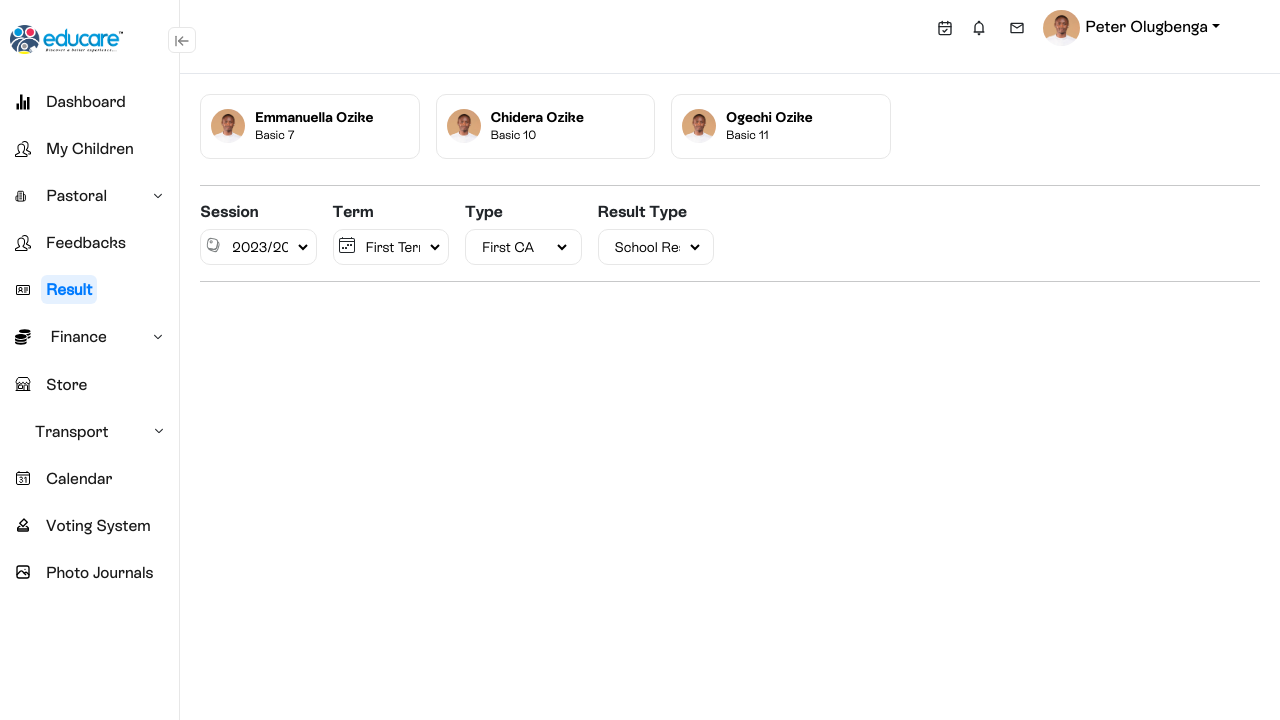
Repository: sarahnnanyelugo/educare-dashboards
Page: /result
An editor plug-in stored every save of this project. The page is shown before and after the next save, followed by the edit.
The browser window is 1280 px wide. The pictures show the whole page.
The project was rebuilt for these pictures with package versions that can differ from the ones it lists, and the page was loaded fresh each time. Also part of the build but not shown: src/Dashboards/Parents/MainView/main-view.scss, src/components/News/news.scss, src/components/News/News.js, src/TestData/newsData.js, src/TestData/schEvents.js, src/components/ResultChart/ResultChart.js, src/components/Calender/calender.scss, src/components/Calender/Calender.js and 13 more.

Above is the page before, as saved 2024-10-16 12:27:31.

### src/App.js
import logo from "./logo.svg";
import "./App.scss";
import "bootstrap/dist/css/bootstrap.min.css";
import { BrowserRouter, Routes, Route, Link, Outlet } from "react-router-dom";
import { ParentsLayout } from "./Layouts/ParentsLayout";
import { MainNews } from "./pages/NewsPage/MainNews/MainNews";
import { NewsPage } from "./pages/NewsPage/NewsPage";
function App() {
  return (
    <>
      {" "}
      <Routes>
        <Route path="/*" element={<ParentsLayout />} />{" "}
        <Route path="news-page" element={<NewsPage />} />
        <Route path="main-news/:blog_id" element={<MainNews />} />
      </Routes>
    </>
  );
}

export default App;

### src/App.scss
.App-link {
  color: #61dafb;
}

@keyframes App-logo-spin {
  from {
    transform: rotate(0deg);
  }
  to {
    transform: rotate(360deg);
  }
}
@font-face {
  font-family: rebondG;
  src: url(./assets/fonts/Rebond_font/RebondG.otf);
}
@font-face {
  font-family: rebondG-Bold;
  src: url(./assets/fonts/Rebond_font/RebondG-Bold.otf);
}
@font-face {
  font-family: rebondG-Semi-Bold;
  src: url(./assets/fonts/Rebond_font/Rebond-semibold.otf);
}
@font-face {
  font-family: rebondG-Medium;
  src: url(./assets/fonts/Rebond_font/RebondGrotesqueMedium.otf);
}
@font-face {
  font-family: rebondBook;
  src: url(./assets/fonts/Rebond_font/RebondG-Book.ttf);
}
@font-face {
  font-family: rebondLight;
  src: url(./assets/fonts/Rebond_font/RebondGLight.otf);
}
@font-face {
  font-family: rebondMI;
  src: url(./assets/fonts/Rebond_font/RebondGrotesqueMediumitalic.otf);
}
p,
small,
link {
  font-family: rebondBook;
}
h1,
h2,
h3,
h4,
h5,
h6 {
  font-family: rebondG-Bold;
}
a {
  font-family: rebondG-Medium;
  text-decoration: none !important;
}
.card {
  border: 1px solid #e7e7e7 !important;
  border-radius: 10px !important;
}
select {
  border: none;
  background: #fff;
  padding: 7px;
  border-radius: 10px;
  width: 95%;
  font-size: 14px !important;
  font-family: rebondBook !important;
}

### src/Layouts/ParentsLayout.js
import React from "react";
import { Routes, Route, Navigate } from "react-router-dom";
import { TopNav } from "../components/TopNav/TopNav";
import { MainView } from "../Dashboards/Parents/MainView/MainView";
import { MyChildren } from "../Dashboards/Parents/MyChildren/MyChildren";
import { Result } from "../Dashboards/Parents/Result/Result";
import { SideNav } from "../Dashboards/SideNav/SideNav";
export const ParentsLayout = () => {
  return (
    <>
      <div className="d-md-flex">
        <div className="col-md-">
          <SideNav />
        </div>
        <div className="container-fluid" style={{ padding: "0px 0px" }}>
          <TopNav />
          <Routes>
            <Route path="/" element={<MainView />} />{" "}
            <Route path="/my-children" element={<MyChildren />} />{" "}
            <Route path="/result" element={<Result />} />{" "}
          </Routes>
        </div>
      </div>
    </>
  );
};

### src/components/TopNav/TopNav.js
import React from "react";
import "./top-nav.scss";
import { LuCalendarCheck } from "react-icons/lu";
import { CgBell } from "react-icons/cg";
import { MdOutlineEmail } from "react-icons/md";
import Container from "react-bootstrap/Container";
import Nav from "react-bootstrap/Nav";
import Navbar from "react-bootstrap/Navbar";
import Icon5 from "../../assets/images/peter.png";

import Dropdown from "react-bootstrap/Dropdown";

export const TopNav = () => {
  return (
    <div className="top-nav-container">
      <ul className="list-inline">
        <li className="list-inline-item">
          <LuCalendarCheck />
        </li>
        <li className="list-inline-item">
          <CgBell />
        </li>{" "}
        <li className="list-inline-item">
          <MdOutlineEmail />
        </li>
        <li className="list-inline-item">
          <div className="profile-drop">
            <Dropdown>
              <Dropdown.Toggle>
                <img src={Icon5} width="37px" />
                Peter Olugbenga
              </Dropdown.Toggle>

              <Dropdown.Menu>
                <Dropdown.Item href="/dashboard-selector">
                  My Roles
                </Dropdown.Item>
                <hr />
                <Dropdown.Item style={{ color: "#DE1E1E" }}>
                  Sign out
                </Dropdown.Item>
              </Dropdown.Menu>
            </Dropdown>
          </div>
        </li>
      </ul>
    </div>
  );
};

### src/Dashboards/Parents/Result/Result.js
import React, { useState } from "react";
import { Children } from "../MyChildren/Children";
import { children } from "../../../TestData/childrenData";
import Icon1 from "../../../assets/images/clipboard.svg";
import { BsCalendar4Week } from "react-icons/bs";

import "./result.scss";
import { Table } from "react-bootstrap";
export const Result = () => {
  const [activeTab, setActiveTab] = useState(1); // Default to first tab

  const handleClick2 = (index) => {
    setActiveTab(index); // Set the active tab
  };
  const checkActive = (index, className) => {
    return activeTab === index ? className : "";
  };

  return (
    <div className="results-div">
      <div className="tabs col-md-8 row row-cols-1 row-cols-lg-3 g-2 g-lg-3">
        {children.map((data, index) => (
          <Children
            data={data}
            handleClick2={handleClick2}
            tabIndex={index + 1}
            key={index}
            isActive={activeTab === index + 1} // Set active based on activeTab state
            mode="tab" // This mode is for tab triggering
          />
        ))}
      </div>{" "}
      <hr />
      <div className="panels">
        <div className={`panel ${checkActive(1, "active2")}`}>
          <div className="row row-cols-2 row-cols-lg-4 g-2 g-lg-3 col-md-6">
            <div className=" col">
              <h6>Session</h6>
              <div className="select-div  d-flex col">
                {" "}
                <div>
                  {" "}
                  <img src={Icon1} height="" />
                </div>
                <select>
                  <option>2023/2024</option>
                </select>
              </div>
            </div>
            <div className=" col">
              <h6>Term</h6>
              <div className="select-div  d-flex col">
                {" "}
                <div>
                  {" "}
                  <BsCalendar4Week />
                </div>
                <select>
                  <option>First Term</option>
                  <option>Second Term</option>
                  <option>Third Term</option>
                </select>
              </div>
            </div>
            <div className=" col">
              <h6>Type</h6>
              <div className="select-div  d-flex col">
                {" "}
                <select>
                  <option>First CA</option>
                  <option>Second CA</option>
                  <option>Third CA</option>
                </select>
              </div>
            </div>
            <div className=" col">
              <h6>Result Type</h6>
              <div className="select-div  d-flex col">
                {" "}
                <select>
                  <option>School Result</option>
                </select>
              </div>
            </div>
          </div>
          <hr />
          <div className="col-md-5 d-md-flex">
            <Table className="col-md-12" striped variant="dark">
              <tr>
                <th>Subject</th>
                <th>Score (20)</th>
              </tr>
              <tr>
                <td>Home Economics</td>
                <td>15</td>
              </tr>
              <tr>
                <td>Maths</td>
                <td>15</td>
              </tr>
              <tr>
                <td>English</td>
                <td>17</td>
              </tr>
              <tr>
                <td>French</td>
                <td>20</td>
              </tr>
              <tr>
                <td>Basic Science</td>
                <td>18</td>
              </tr>
              <tr>
                <td>Basic Technology</td>
                <td>20</td>
              </tr>
            </Table>
          </div>
        </div>
        <div className={`panel ${checkActive(2, "active2")}`}>2 </div>
        <div className={`panel ${checkActive(3, "active2")}`}> 3</div>
      </div>
    </div>
  );
};

### src/Dashboards/SideNav/SideNav.js
import React, { useState } from "react";
import { NavLink } from "react-router-dom";
import { FaLongArrowAltLeft } from "react-icons/fa";
import Head from "../../assets/images/logo-head.png";
import Write from "../../assets/images/logo-write.png";
import Accordion from "react-bootstrap/Accordion";
import { SidebarData } from "./SidebarData";
import { IoIosArrowDown } from "react-icons/io";
import { MdKeyboardArrowUp } from "react-icons/md";
import { LuArrowLeftToLine } from "react-icons/lu";

// Import the JSON file
import "./side-nav.scss";
// Import icons
import {
  IoStatsChartSharp,
  IoStorefrontOutline,
  IoCalendarNumberOutline,
} from "react-icons/io5";
import { SlPeople } from "react-icons/sl";
import { LuBuilding2 } from "react-icons/lu";
import { LiaIdCardSolid } from "react-icons/lia";
import { FaCoins } from "react-icons/fa";
import {
  MdOutlineEmojiTransportation,
  MdOutlineHowToVote,
} from "react-icons/md";
import { TbPhoto } from "react-icons/tb";

export const SideNav = () => {
  const [isCollapsed, setIsCollapsed] = useState(false);
  const [activeAccordion, setActiveAccordion] = useState(null);

  const handleAccordionToggle = (key) => {
    setActiveAccordion(activeAccordion === key ? null : key);
  };
  const toggleSidebar = () => {
    setIsCollapsed(!isCollapsed);
  };

  // Map icon names to the actual components
  const iconMap = {
    IoStatsChartSharp: IoStatsChartSharp,
    SlPeople: SlPeople,
    LuBuilding2: LuBuilding2,
    LiaIdCardSolid: LiaIdCardSolid,
    FaCoins: FaCoins,
    IoStorefrontOutline: IoStorefrontOutline,
    MdOutlineEmojiTransportation: MdOutlineEmojiTransportation,
    IoCalendarNumberOutline: IoCalendarNumberOutline,
    MdOutlineHowToVote: MdOutlineHowToVote,
    TbPhoto: TbPhoto,
  };

  return (
    <div
      style={{
        width: isCollapsed ? "70px" : "180px",
        transition: "width 0.3s ease",
        color: "#000",
        height: "100vh",
      }}
      className="side-nav-div"
    >
      <div className="nav-inner">
        <img
          src={Head}
          alt="logo"
          style={{
            width: isCollapsed ? "20px" : "30px",
            height: "auto",
            transition: "width 0.3s ease",
          }}
        />
        {!isCollapsed && (
          <span style={{ marginLeft: "0px" }}>
            <img
              src={Write}
              alt="logo"
              style={{
                width: "80px",
                height: "auto",
                marginLeft: "3px",
                transition: "width 0.3s ease",
              }}
            />
          </span>
        )}
        <button
          onClick={toggleSidebar}
          style={{
            marginLeft: isCollapsed ? "25px" : "45px",
            background: "#fff",
            border: "solid 1px #e7e7e7",
            color: "#fff",
            cursor: "pointer",
            padding: "0 5px",
            borderRadius: "6px",
            position: " relative",
            zIndex: 20,
          }}
        >
          <LuArrowLeftToLine style={{ color: "grey" }} />
        </button>
      </div>

      <ul style={{ listStyleType: "none", padding: "0", marginTop: "30px" }}>
        {SidebarData.map((item, index) => {
          const IconComponent = iconMap[item.icon]; // Dynamically select the icon

          return (
            <li
              key={index}
              style={{
                display: "flex",
                alignItems: "center",
              }}
            >
              <IconComponent /> {/* Render the icon */}
              {!isCollapsed && (
                <span style={{ marginLeft: "10px" }}>
                  {item.accordion ? (
                    <Accordion defaultActiveKey="">
                      <Accordion.Item eventKey={index.toString()}>
                        <Accordion.Header
                          onClick={() =>
                            handleAccordionToggle(index.toString())
                          }
                          style={{
                            display: "flex",
                            alignItems: "center",
                          }}
                        >
                          {item.icon && <item.icon />}
                          <span style={{ marginLeft: "0px" }}>
                            <NavLink>
                              {" "}
                              {!isCollapsed ? item.name : null}
                            </NavLink>
                          </span>
                          <span
                            style={{
                              marginLeft: "40px",
                              display: "flex",
                              alignItems: "center",
                            }}
                          >
                            {activeAccordion === index.toString() ? (
                              <MdKeyboardArrowUp style={{ fontSize: "12px" }} />
                            ) : (
                              <IoIosArrowDown style={{ fontSize: "12px" }} />
                            )}
                          </span>
                        </Accordion.Header>
                        <Accordion.Body>
                          <ol
                            style={{ paddingLeft: "0", listStyleType: "none" }}
                          >
                            {item.accordionContent.map((contentItem, idx) => (
                              <li key={idx} style={{ padding: "5px 0" }}>
                                <NavLink
                                  to={contentItem.url}
                                  className={({ isActive }) =>
                                    isActive ? "active-link" : ""
                                  }
                                >
                                  {contentItem.name}
                                </NavLink>
                              </li>
                            ))}
                          </ol>
                        </Accordion.Body>
                      </Accordion.Item>
                    </Accordion>
                  ) : (
                    <NavLink
                      to={item.url}
                      className={({ isActive }) =>
                        isActive ? "active-link" : ""
                      }
                    >
                      {item.name}
                    </NavLink>
                  )}
                </span>
              )}
            </li>
          );
        })}
      </ul>
    </div>
  );
};

### src/components/TopNav/top-nav.scss
.top-nav-container {
  height: 74px;
  border-bottom: solid 1px #e4e7ec;
  //   padding-top: 20px;
  padding-right: 50px;
  ul {
    float: right;
    li {
      margin: 10px;
    }
  }
  .profile-drop {
    .btn {
      padding: 0;
      background: #fff !important;
      border: none !important;
      color: #000;
      font-family: rebondG-Medium;
      font-size: 16px;
      img {
        border-radius: 100%;
        margin-right: 5px;
      }
    }
    .dropdown-menu {
      border: solid 1px #d0d5dd;
      font-family: montM;
      box-shadow: 0px 1px 3px #1018281a;
      border: 1px solid #e4e7ec;
      border-radius: 10px;
      min-height: 150px;
      width: 230px !important;
      padding: 20px 10px;
      font-size: 14px;
      a {
        padding: 10px;
      }
      hr {
        border: solid 1px #d0d5dd;
      }
    }
  }
}

### src/TestData/childrenData.js
import Img1 from "../assets/images/peter.png";
export const children = [
  {
    name: "Emmanuella Ozike",
    img: Img1,
    class: "Basic 7",
    id: 1,
  },
  {
    name: "Chidera Ozike",
    img: Img1,
    class: "Basic 10",
    id: 1,
  },
  {
    name: "Ogechi Ozike",
    img: Img1,
    class: "Basic 11",
    id: 1,
  },
];

export const child1 = {
  data: [
    {
      id: 1,
      day: "Monday",
      period1: "Account Credits",
      period2: "Account Credits",
      period3: "Account Credits",
      period4: "Account Credits",
      period5: "Account Credits",
      period6: "Account Credits",
      period7: "Account Credits",
      period8: "Account Credits",
      period9: "Account Credits",
    },
  ],
};
export const child2 = {
  data: [
    {
      id: 1,
      day: "Monday",
      period1: "English",
      period2: "Biology",
      period4: "Account Credits",
      period5: "Account Credits",
      period6: "Account Credits",
      period7: "Account Credits",
      period8: "Account Credits",
      period9: "Account Credits",
    },
  ],
};
export const child3 = {
  data: [
    {
      id: 1,
      day: "Monday",
      period1: " Credits",
      period2: " Credits",
      period3: "Account Credits",
      period4: "Account Credits",
      period5: "Account Credits",
      period6: "Account Credits",
      period7: "Account Credits",
      period8: "Account Credits",
      period9: "Credits",
    },
  ],
};

### src/Dashboards/Parents/MyChildren/Children.js
import React, { useState } from "react";
import { Link } from "react-router-dom";
import "./my-children.scss";
export const Children = ({
  data,
  handleClick2,
  tabIndex,
  isActive,
  mode,
  linkUrl,
}) => {
  const handleClick = () => {
    if (mode === "tab" && handleClick2) {
      handleClick2(tabIndex); // Trigger the tab change only in tab mode
    } else if (mode === "link" && linkUrl) {
      window.location.href = linkUrl; // Navigate to the link in link mode
    }
  };
  return (
    <>
      <div className="col">
        <div className={isActive && mode === "tab" ? "active-component" : ""}>
          {" "}
          <div className="d-flex children-div col-md-12" onClick={handleClick}>
            <div>
              {" "}
              <img src={data.img} width="34px" height="34px" />
            </div>
            <div>
              <h6>{data.name}</h6>
              <p>{data.class}</p>
            </div>
          </div>
        </div>
      </div>
    </>
  );
};

### src/Dashboards/Parents/MyChildren/my-children.scss
.my-children-view {
  padding: 0 10px;
  .tabs {
    display: flex;
    width: 100%;
    padding: 8px 13px;
    font-family: rebondG-Bold;
  }

  .active-component {
    font-weight: bold;
    background: #e6f7ff;
    color: #fff;
    border: solid 1px #0098da;
    height: 65px;
    border-radius: 10px;
  }

  .panel {
    display: none;
    // color: #161617;
    // font-family: rebondG;
    // line-height: 40px;
    // padding-top: 65px;
    // background: #fff;
  }

  .panel.active2 {
    display: block;
  }
}

.children-div {
  height: 65px;
  padding: 14px 10px;
  margin-bottom: 10px;
  color: #000;
  border: solid 1px #e7e7e7;
  border-radius: 10px;
  &:hover {
    background: #e7e7e7;
  }
  img {
    border-radius: 100%;
    margin-right: 10px;
  }
  h6 {
    margin-bottom: 0;
    font-size: 14px;
  }
  p {
    font-size: 12px;
  }
}
.attendance-summary {
  padding: 15px;
}
.attendance {
  height: 50px;
  border-radius: 10px;
  padding: 5px 10px;
  margin-bottom: 10px;
  img {
    border-radius: 100%;
    margin-right: 10px;
  }
}
.missed {
  border: solid 2px #ed2f59;
  background: #fcdce3;
  color: #ed2f59;
}
.late {
  border: solid 2px #ea8713;
  background: #fcebd7;
  color: #ea8713;
}
.present {
  border: solid 2px #11a377;
  background: #cdfaec;
  color: #11a377;
}
.activity-tab {
  padding: 10px;
  .tabs2 {
    border: solid 1px #e7e7e7;
    border-radius: 10px;
    padding: 0px 0px;
    margin-bottom: 15px;
    button {
      background: #fff;
      border: none;
      padding: 6px 20px;
      font-family: rebondG-Semi-Bold;
    }
  }
  .edge {
    border-top-left-radius: 10px;
    border-bottom-left-radius: 10px;
  }
  .edge2 {
    border-top-right-radius: 10px;
    border-bottom-right-radius: 10px;
  }
}
.active3 {
  background: #0098da !important;
  color: #fff;
}
.file-input {
  padding: 10px;
}
.documents {
  img {
    margin-right: 10px;
    margin-bottom: 20px;
  }
  p {
    margin-bottom: 0px;
  }
  small {
    font-size: 13px;
    color: grey;
  }
}

### src/Dashboards/Parents/Result/result.scss
.panel {
  display: none;
}

.panel.active2 {
  display: block;
}
.results-div {
  padding: 20px 20px;
}
.select-div {
  border: 1px solid #e7e7e7 !important;
  border-radius: 10px !important;
  padding: 1px 5px;
}

### src/Dashboards/SideNav/SidebarData.js
import React from "react";
import * as FaIcons from "react-icons/fa";
import * as AiIcons from "react-icons/ai";
import * as IoIcons from "react-icons/io";

export const SidebarData = [
  {
    name: "Dashboard",
    icon: "IoStatsChartSharp",
    url: "/",
  },
  {
    name: "My Children",
    icon: "SlPeople",
    url: "/my-children",
  },
  {
    name: "Pastoral",
    icon: "LuBuilding2",
    url: "/pastoral",
    accordion: true,
    accordionContent: [
      { name: "Ministry", url: "/pastoral/ministry" },
      { name: "Sermons", url: "/pastoral/sermons" },
      { name: "Events", url: "/pastoral/events" },
    ],
  },
  {
    name: "Feedbacks",
    icon: "SlPeople",
    url: "/feedbacks",
  },
  {
    name: "Result",
    icon: "LiaIdCardSolid",
    url: "/result",
  },
  {
    name: "Finance",
    icon: "FaCoins",
    url: "/finance",
    accordion: true,
    accordionContent: [
      { name: "Donations", url: "/finance/donations" },
      { name: "Expenses", url: "/finance/expenses" },
      { name: "Reports", url: "/finance/reports" },
    ],
  },
  {
    name: "Store",
    icon: "IoStorefrontOutline",
    url: "/store",
  },
  {
    name: "Transport ",
    icon: "MdOutlineEmojiTransportation",
    url: "/transport",
    accordion: true,
    accordionContent: [
      { name: "Bus Routes", url: "/transport/routes" },
      { name: "Schedules", url: "/transport/schedules" },
      { name: "Ticketing", url: "/transport/ticketing" },
    ],
  },
  {
    name: "Calendar",
    icon: "IoCalendarNumberOutline",
    url: "/calendar",
  },
  {
    name: "Voting System",
    icon: "MdOutlineHowToVote",
    url: "/voting",
  },
  {
    name: "Photo Journals",
    icon: "TbPhoto",
    url: "/photo-journals",
  },
];

### src/Dashboards/SideNav/side-nav.scss
.side-nav-div {
  background: #fff;
  .nav-inner {
    padding: 25px 5px 5px 10px;
    display: flex;
    align-items: center;
  }
  border-right: 1px solid #e7e7e7;
  a {
    color: #191919;
    font-size: 16px;
    padding: 5px 5px 5px 5px;

    border-radius: 6px;
  }
  ul {
    // background: red;
    li {
      margin: 22px 15px !important;
      &:hover {
        background: #e7e7e7;
        border-radius: 6px;
      }
    }
  }
  .accordion-button {
    padding: 3px 0 3px 5px !important;
    margin-left: 0 !important;
    font-size: 16px;
    font-family: rebondG-Medium;
    font-weight: normal !important;
    &:hover {
      background: red;
    }
    // background: red !important;
  }
  .accordion-body {
    border-left: 1px solid #e7e7e7;
    margin-top: 20px;
  }
  .accordion-button:not(.collapsed) {
    border-bottom: 0 !important;
  }
  .accordion-button::after {
    display: none;
    // width: 10px;
    // height: 10px;
  }
  .accordion-item {
    border: none !important;
  }
  .active-link {
    color: #007bff; /* Change to your desired active link color */
    font-weight: bold; /* Optional: make the text bold */
    background-color: rgba(
      0,
      123,
      255,
      0.1
    ); /* Optional: add a background color */
  }
}

Loaded but not shown: public/index.html (common file); src/index.js (common file); src/index.css (common file); src/reportWebVitals.js (common file)

After the next save:
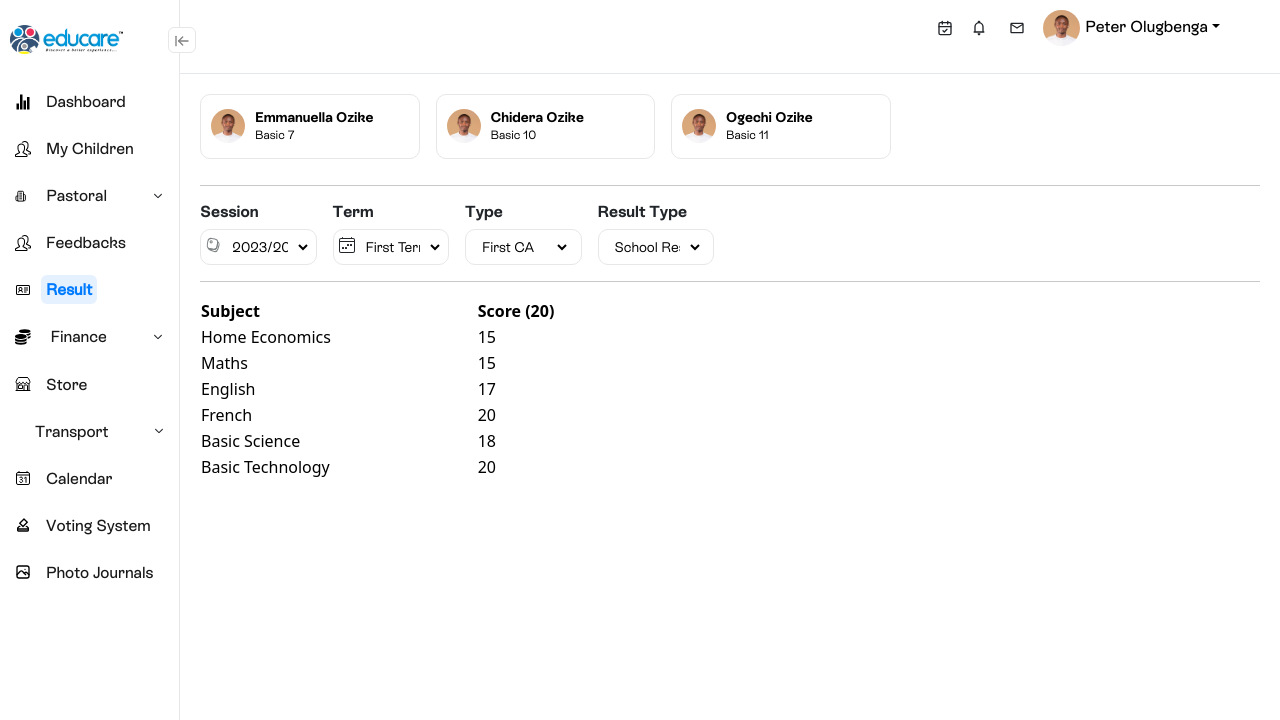
Saved 27 s later.
--- a/src/Dashboards/Parents/Result/Result.js
+++ b/src/Dashboards/Parents/Result/Result.js
@@ -85,7 +85,7 @@ export const Result = () => {
           </div>
           <hr />
           <div className="col-md-5 d-md-flex">
-            <Table className="col-md-12" striped variant="dark">
+            <Table className="col-md-12" striped variant="light">
               <tr>
                 <th>Subject</th>
                 <th>Score (20)</th>
